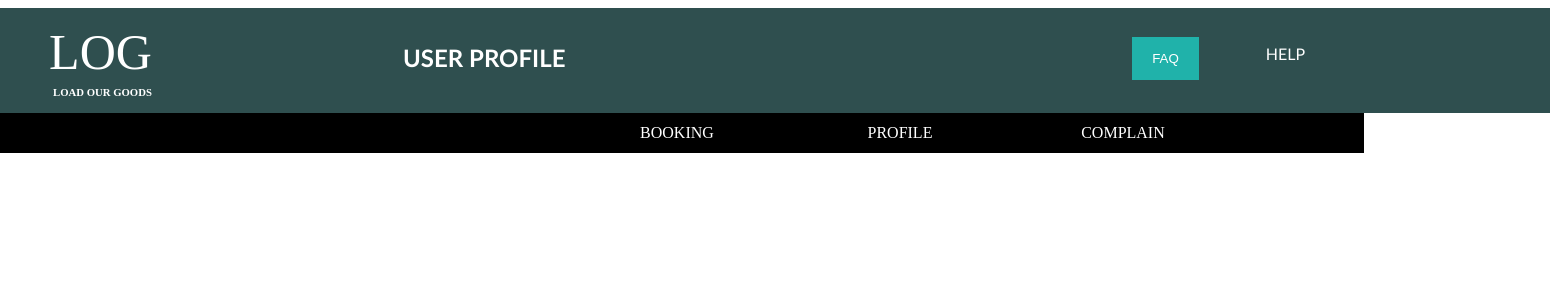
Repository: NAYAN9534/vehicle-booking-system
Page: minor/WebContent/userprofile.html
These files come from the project's save history. The page is drawn as it stood at one moment and after the next save; the edit follows.
The browser window is 1280 px wide. The page is 1550 px wide, so the pictures cover 1550 px, including what lies to the right of the window. The pictures show the whole page.

Above is the page before, as saved 2017-05-25 17:41:59.

### minor/WebContent/userprofile.html
<!doctype html>
<html>
<head>
	<title>LOG</title>
	<link rel="icon"type="image" href="Logo.jpg"/>   <!--fav icon tag-->

	<style>


   #header
  {
       position:relative;

       height:70px;
       width:1550px;
       margin-left: -8px;

  }
  #header_img
  {
       float:left;
       width: 100px;
       height: 80px;
       margin-left: 53px;


  }
  #header_img p
  {
    font-size: 50px;
    color:white;
    font-family: BankGothic Lt BT;
    margin-bottom: -20px;
    text-align: center;
    margin-top: 10px;
    margin-left: -5px;
  }
  #header_img h6
  {
   color: white;
    font-family: BankGothic Lt BT;

  }




  #mid_header h2
  {
     float:left;
     text-align:center;
     height:40px;
     line-height:50px;
     cursor:pointer;
     font-family: Calibri;
     margin-left: 250px;
    float:left;
     list-style:none;
     height:60px;
   margin-bottom: 50px;
}
  #mid_header h2
  {
     color:white;

   }



 #right_header ul
   {
   	margin-left: 500px;
   	float:left;
     list-style:none;
    height:60px;
   }
     #right_header ul li
  {
     float:left;
     font-size:16px;
     width:120px;
     text-align:center;
     height:40px;
     line-height:50px;

     cursor:pointer;
     font-family: Calibri;
}
    #right_header ul li a
  {
     color:white;
     text-decoration:none;
   }
   #right_header ul li:hover

   {
    color: lightblue;
   font-size:20px;
   font-style:bold;
    opacity: 0.5;
 filter: Alpha(opacity=50);

   }


#header
{
	padding-top: 5px;
	background-color:  #2F4F4F;
	height: 100px;
	  position:relative;
}
#right_header ul li a button
{
    background-color:   #20B2AA;
    color: white;
    padding: 14px 20px;
    margin: 8px 0;
    border: none;
    cursor: pointer;
    width: 100%;
    transition-duration: 0.4s;
}
#right_header ul li a button:hover
{
   opacity: 0.5;
 filter: Alpha(opacity=50);
}


#navigation
{
height:40px;
background:black;
margin-left: -10px;
width: 1366px;
}
 #navigation ul
  {
     margin:0px;
     padding:0px;
     list-style:none;
  }

  #navigation ul li
  {
     float:left;
     font-size:16px;
     width:223px;
     text-align:center;
     height:40px;
     line-height:40px;
     display:block;
     cursor:pointer;
}



  #navigation ul li a
  {
     color:white;
     text-decoration:none;
   }
  #navigation ul li:hover

   {
    color: black;
   background:#20B2AA;
   font-size:16px;
   font-style:italic;

    transform: rotateY(360deg);
    transition-duration: 1s;

  box-shadow: 5px 5px 6px grey;

   }

</style>


	<body>

		<div id="container">   <!--main division start-->
		<div id="header">  <!--Header division start-->
		<div id="header_img"><p>LOG</p><h6>LOAD OUR GOODS</h6>



		</div>

		<div id="mid_header">
<h2>USER PROFILE</h2>
</div>
<div id="right_header">
      <ul>
      <li><a href=""><button style="width:auto;">FAQ</button></a></li>
      <li><a href="help.html"><span>HELP</span></a></li></div>
      </ul>
</div>

  <div id="navigation">
<ul>
 <li><a href="booking_page.jsp">BOOKING</a></li>
      <li><a href="">PROFILE</a></li>
      <li><a href="">COMPLAIN</a></li>
      <li><a href="">HISTORY</a></li>

</ul>
</div>
</div><!--Header division ends-->



</div><!--main division ends-->


	</body>
</head>
</html>

After the next save:
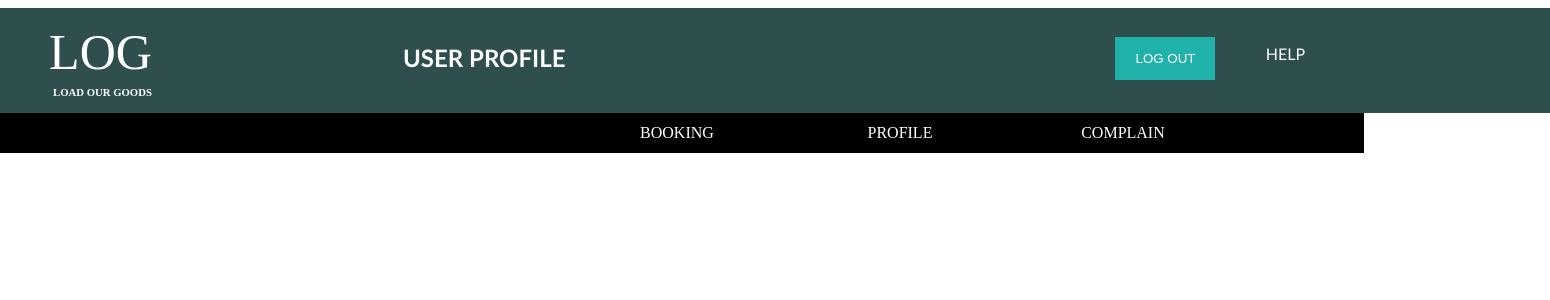
Saved 6 min 44 s later.
--- a/minor/WebContent/userprofile.html
+++ b/minor/WebContent/userprofile.html
@@ -194,7 +194,7 @@ width: 1366px;
 </div>
 <div id="right_header">
       <ul>
-      <li><a href=""><button style="width:auto;">FAQ</button></a></li>
+      <li><a href=""><button style="width:auto;">LOG OUT</button></a></li>
       <li><a href="help.html"><span>HELP</span></a></li></div>
       </ul>
 </div>
